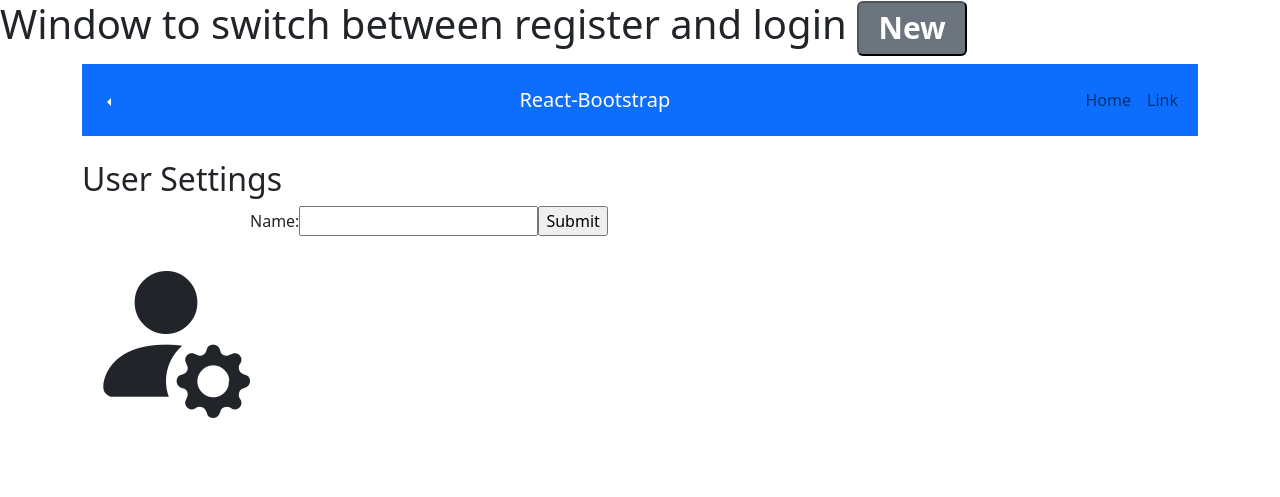
Repository: christenis98/RealWorldApp
Page: / (app in bank-frontend/)
The author's editor kept a copy of each file at every save. The page is drawn from the files as they stood at one save, then again after the next save.
The browser window is 1280 px wide. The pictures show the whole page.
The project was rebuilt for these pictures with package versions that can differ from the ones it lists, and the page was loaded fresh each time. Also part of the build but not shown: bank-frontend/src/App.css.

Above is the page before, as saved 2022-11-24 12:38:18.

### bank-frontend/src/index.js
import React from 'react';
import ReactDOM from 'react-dom/client';
import './index.css';
import App from './App';
import reportWebVitals from './reportWebVitals';
import 'bootstrap/dist/css/bootstrap.min.css';

import 'bootstrap-icons/font/bootstrap-icons.css';

const root = ReactDOM.createRoot(document.getElementById('root'));
root.render(
  <React.StrictMode>
    <App />
  </React.StrictMode>
);

// If you want to start measuring performance in your app, pass a function
// to log results (for example: reportWebVitals(console.log))
// or send to an analytics endpoint. Learn more: https://bit.ly/CRA-vitals
reportWebVitals();

### bank-frontend/src/App.js
import logo from './logo.svg';
import './App.css';
import Badge from 'react-bootstrap/Badge'
import DropStartComponent from './js/DropStartComponent';
import UserSettings from './js/UserSettings';


function App() {
  return (
    <div>
    <h1>
      Window to switch between register and login{' '}
      <Badge bg="secondary" as="Button">
        New
      </Badge>
    </h1>
    <DropStartComponent/>
    <UserSettings/>
  </div>
  );
}

export default App;

### bank-frontend/src/js/DropStartComponent.js
import Dropdown from "react-bootstrap/Dropdown";
import DropdownButton from "react-bootstrap/DropdownButton";
import Nav from "react-bootstrap/Nav";
import Navbar from "react-bootstrap/Navbar";
import NavDropdown from "react-bootstrap/NavDropdown";
import Container from "react-bootstrap/Container";

const DropStartComponent = () => {
  return (
    <Container>
      <Navbar bg="primary" variant="dark" expand="lg">
        <Container>
          <DropdownButton
            key={"start"}
            id={`dropdown-button-drop-${"start"}`}
            drop={"start"}
            variant="primary"
          >
            <Dropdown.Item eventKey="1">Action</Dropdown.Item>
            <Dropdown.Item eventKey="2">Another action</Dropdown.Item>
            <Dropdown.Item eventKey="3">Something else here</Dropdown.Item>
            <Dropdown.Divider />
            <Dropdown.Item eventKey="4">Separated link</Dropdown.Item>
          </DropdownButton>
          <Navbar.Brand href="#home">React-Bootstrap</Navbar.Brand>
          <Navbar.Toggle aria-controls="basic-navbar-nav" />
          <Navbar id="basic-navbar-nav">
            <Nav className="me-auto">
              <Nav.Link href="#home">Home</Nav.Link>
              <Nav.Link href="#link">Link</Nav.Link>
            </Nav>
          </Navbar>
        </Container>
      </Navbar>
    </Container>
  );
};

export default DropStartComponent;

### bank-frontend/src/js/UserSettings.jsx
import React from 'react'

function UserSettings() {
    return (
        <div className="container d-flex flex-column bd-highlight">
            <div className="d-flex flex-row bd-highlight mx-left mt-4">
                <h2>User Settings</h2>
            </div>

            <div className="d-flex flex-row bd-highlight mb-3">
                <i className="bi bi-person-fill-gear" style={{ fontSize: "1050%" }}></i>
                <div className="mx-right">
                    <label>
                        Name:
                        <input type="text" name="name" />
                    </label>
                    <input type="submit" value="Submit" />
                </div>
            </div>
        </div>
    )
}


export default UserSettings;

Loaded but not shown: bank-frontend/public/index.html (common file); bank-frontend/src/index.css (common file); bank-frontend/src/reportWebVitals.js (common file)

After the next save:
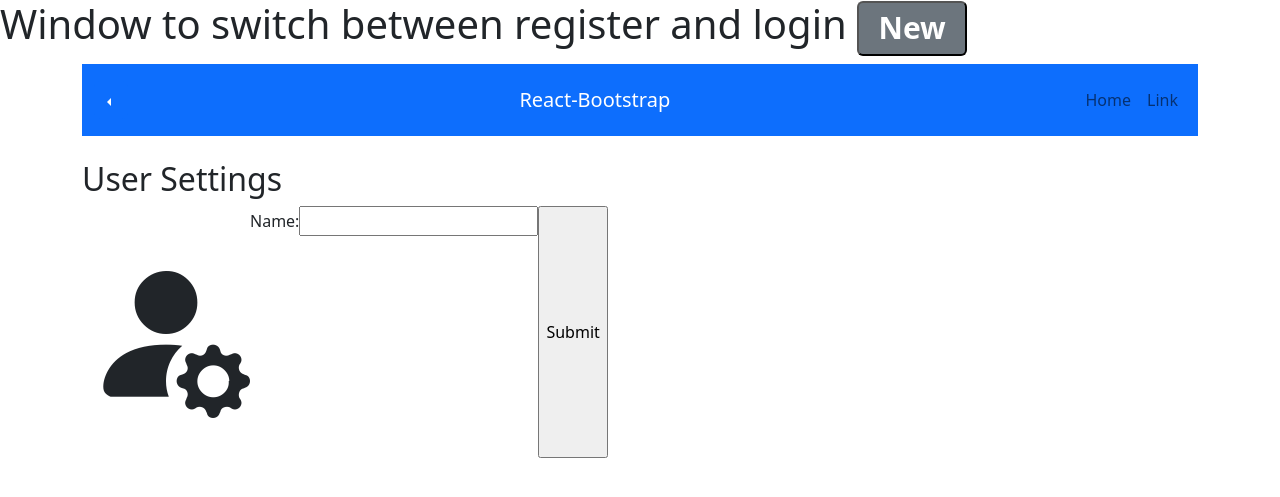
Saved 18 s later.
--- a/bank-frontend/src/js/UserSettings.jsx
+++ b/bank-frontend/src/js/UserSettings.jsx
@@ -9,7 +9,7 @@
 
             <div className="d-flex flex-row bd-highlight mb-3">
                 <i className="bi bi-person-fill-gear" style={{ fontSize: "1050%" }}></i>
-                <div className="mx-right">
+                <div className="d-flex mx-right">
                     <label>
                         Name:
                         <input type="text" name="name" />

After the save that followed:
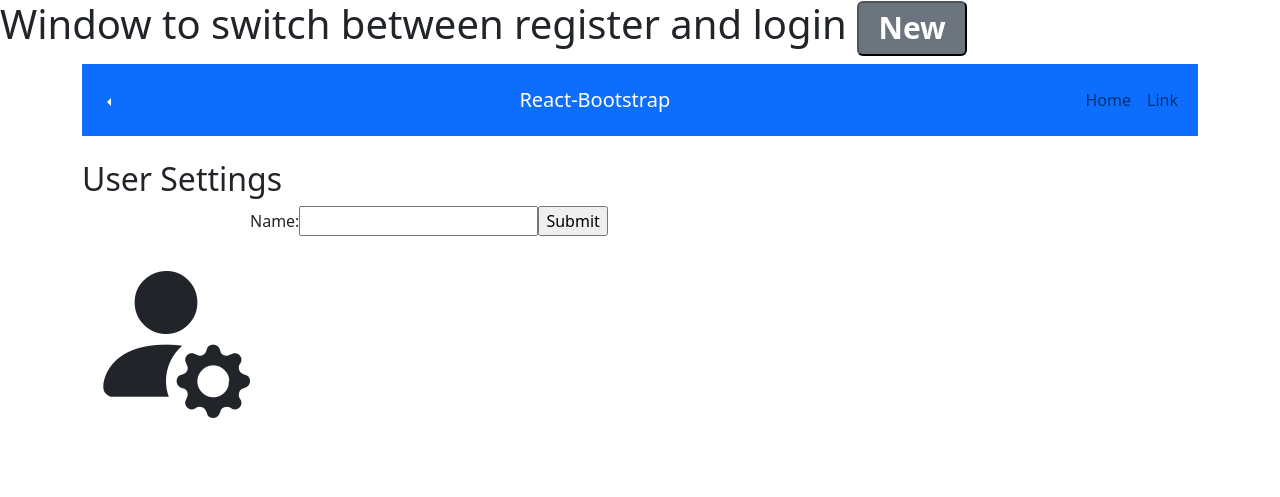
Saved 8 s later.
--- a/bank-frontend/src/js/UserSettings.jsx
+++ b/bank-frontend/src/js/UserSettings.jsx
@@ -9,7 +9,7 @@
 
             <div className="d-flex flex-row bd-highlight mb-3">
                 <i className="bi bi-person-fill-gear" style={{ fontSize: "1050%" }}></i>
-                <div className="d-flex mx-right">
+                <div className="mx-right">
                     <label>
                         Name:
                         <input type="text" name="name" />
